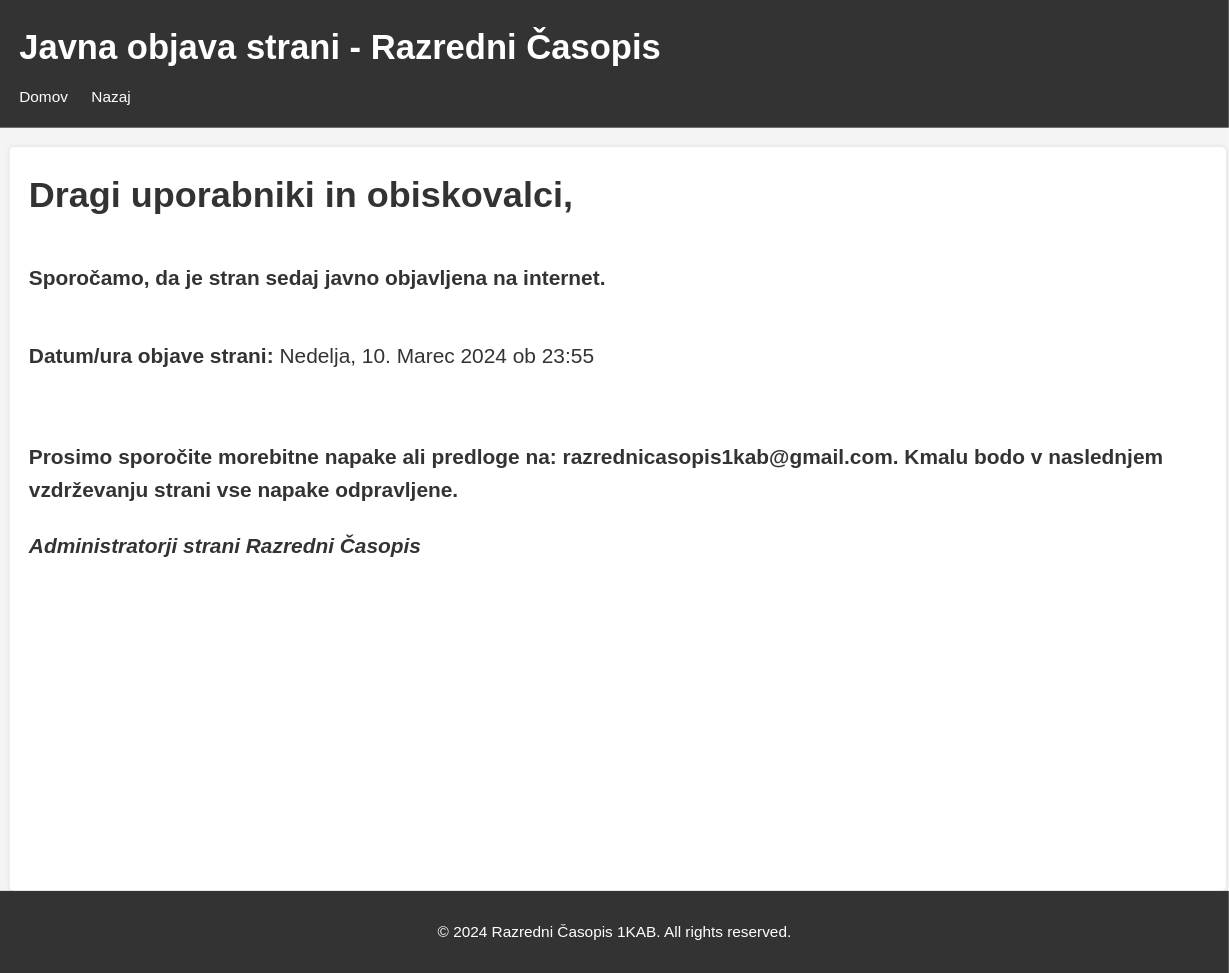
Repository: razrednicasopis/razrednicasopis.github.io
Page: Resources/obvestilo2.html
An editor plug-in stored every save of this project. The page is shown before and after the next save, followed by the edit.
The browser window is 1280 px wide. The pictures show the whole page, at 96% of full size.

Above is the page before, as saved 2024-03-12 13:03:07.
Console error: TypeError: Cannot read properties of null (reading 'addEventListener')

### Resources/obvestilo2.html
<!DOCTYPE html>
<html lang="en">
<head>
    <meta charset="UTF-8">
    <meta name="viewport" content="width=device-width, initial-scale=1.0">
    <title>Javna objava strani - Razredni Časopis</title>
    <link rel="stylesheet" href="system.css">
    <link rel="stylesheet" href="styless.css">
</head>
<body>

    <div class="blur-container">
    <header>
        <h1>Javna objava strani - Razredni Časopis</h1>
        <nav>
          <ul>
            <li><a href="index.html">Domov</a></li>
            <li><a href="obvestila.html">Nazaj</a></li>
          </ul>
        </nav>
      </header>

<div class="člankimargin">
    <article>
        <div class="člankitext">
            <h1>Dragi uporabniki in obiskovalci,</h1><br>
            <div class="člankitext2">
            <div class="nonboldtext">
            <h2>Sporočamo, da je stran sedaj javno objavljena na internet.</h2><br><br>
            <h2><b>Datum/ura objave strani: </b><span style="font-weight: normal;">Nedelja, 10. Marec 2024 ob 23:55</span></h2><br><br><br>
            <h2>Prosimo sporočite morebitne napake ali predloge na: razrednicasopis1kab@gmail.com. Kmalu bodo v naslednjem vzdrževanju strani vse napake odpravljene.</h2><br>
            <h2><i>Administratorji strani Razredni Časopis</i></h2>
                </div>
            </div>
        </div>
    </article>
</div>


<footer>
    <p>&copy; 2024 Razredni Časopis 1KAB. All rights reserved.
    </footer>
</div>

<!--Pop-ups and other HTML code-->
<div id="maintenancePopup">
    <div id="maintenancePopupContent">
      <h1>POVEZAVA IZGUBLJENA</h1>
      <p>Povezava z strežnikom izgubljena zaradi vzdrževanja strani. Prosimo osvežite stran.</p>
      <button id="closeMaintenancePopupBtn">Osveži</button>
    </div>
  </div>

<script src="alerts.js"></script>
<script src="maintenancemode.js"></script>
</body>
</html>

### Resources/system.css
/* Koda za "Coming Soon" pop-up */

#popupContainer {
    display: none;
    position: fixed;
    top: 50%;
    left: 50%;
    transform: translate(-50%, -50%);
    background-color: #ffffff;
    box-shadow: 0 4px 8px rgba(0, 0, 0, 0.1);
    padding: 20px;
    border-radius: 10px;
    text-align: center;
    z-index: top;
  }

  #popupContent {
    max-width: 400px;
    margin: 0 auto;
  }

  #closePopupBtn {
    background-color: #3498db;
    color: #ffffff;
    padding: 10px 15px;
    border: none;
    border-radius: 5px;
    cursor: pointer;
  }

  #closePopupBtn:hover {
      background-color: #4da8e1;
  }

  #showPopupLink {
    display: inline-block;
    padding: 10px 15px;
    color: #ffffff;
    text-decoration: none;
    border-radius: 5px;
    cursor: pointer;
  }

body.popup-open {
   overflow: hidden;
}

.popup-open .blur-container {
  filter: blur(5px); /* Apply blur effect only when popup is open */
  pointer-events: none;
}

#maintenancePopup {
  display: none;
  position: fixed;
  top: 50%;
  left: 50%;
  transform: translate(-50%, -50%);
  background-color: #ffffff;
  box-shadow: 0 4px 8px rgba(0, 0, 0, 0.1);
  padding: 20px;
  border-radius: 10px;
  text-align: center;
  z-index: 999;
}

#maintenancePopupContent {
  max-width: 400px;
  margin: 0 auto;
}

#closeMaintenancePopupBtn {
  background-color: #3498db;
  color: #ffffff;
  padding: 10px 15px;
  border: none;
  border-radius: 5px;
  cursor: pointer;
  margin-top: 20px;
}

#closeMaintenancePopupBtn:hover {
  background-color: #4da8e1;
}

/* Koda za "Kontakt" obrazec */

#contactform {
    align-self: center;
    }

    .formcontainer {
      text-align: center;
      margin-top: 50px;
      display: flex;
      justify-content: center;
      align-items: flex-start; /* Align items at the top */
  }

  .border-box {
      display: inline-block;
      padding: 20px;
      width: 550px;
      height: 500px;
      border: 5px solid #333; /* Set your desired border color */
      border-radius: 30px; /* Set the border radius for slightly curved corners */
      background-color: #333; /* Set your desired background color inside the border */
  }

  form input,
form textarea {
    width: calc(100% - 40px); /* Adjusted width with a bit of padding on each side */
    padding: 10px; /* Increased padding for better readability */
    margin-bottom: 5px; /* Increased spacing between input areas */
    margin-top: 25px; /* Move input areas slightly lower */
    height: 40px; /* Increased height to make input areas bigger */
}

form select{
width: calc(100% - 40px); /* Adjusted width with a bit of padding on each side */
padding: 10px; /* Increased padding for better readability */
margin-bottom: 5px;
margin-top: 20px; /* Move input areas slightly lower */
height: 40px; /* Height of input areas */
border: 1px solid #ccc; /* Border style */
border-radius: 5px; /* Border radius */
font-size: 16px; /* Font size */
}

form textarea {
  height: 120px;
}

/* Form Submit Button Styles */

/* Your existing CSS code */
/* Koda za "Coming Soon" pop-up */

#popupContainer {
  display: none;
  position: fixed;
  top: 50%;
  left: 50%;
  transform: translate(-50%, -50%);
  background-color: #ffffff;
  box-shadow: 0 4px 8px rgba(0, 0, 0, 0.1);
  padding: 20px;
  border-radius: 10px;
  text-align: center;
  z-index: top;
}


#popupContent {
  max-width: 400px;
  margin: 0 auto;
}

#closePopupBtn {
  background-color: #3498db;
  color: #ffffff;
  padding: 10px 15px;
  border: none;
  border-radius: 5px;
  cursor: pointer;
}

#closePopupBtn:hover {
    background-color: #4da8e1;
}

#showPopupLink {
  display: inline-block;
  padding: 10px 15px;
  color: #ffffff;
  text-decoration: none;
  border-radius: 5px;
  cursor: pointer;
}

body.popup-open {
 overflow: hidden;
}

body.blur {
filter: blur(5px);
pointer-events: none;
z-index: 1;
}

/* Koda za "Kontakt" obrazec */

#contactform {
  align-self: center;
}

.formcontainer {
  text-align: center;
  margin-top: 50px;
  display: flex;
  justify-content: center;
  align-items: flex-start; /* Align items at the top */
}

.border-box {
  display: inline-block;
  padding: 20px;
  width: 550px;
  height: 500px;
  border: 5px solid #333; /* Set your desired border color */
  border-radius: 30px; /* Set the border radius for slightly curved corners */
  background-color: #333; /* Set your desired background color inside the border */
}

form input,
form textarea {
  width: calc(100% - 40px); /* Adjusted width with a bit of padding on each side */
  padding: 10px; /* Increased padding for better readability */
  margin-bottom: 5px; /* Increased spacing between input areas */
  margin-top: 25px; /* Move input areas slightly lower */
  height: 40px; /* Increased height to make input areas bigger */
}

form select{
width: calc(100% - 40px); /* Adjusted width with a bit of padding on each side */
padding: 10px; /* Increased padding for better readability */
margin-bottom: 5px;
margin-top: 20px; /* Move input areas slightly lower */
height: 40px; /* Height of input areas */
border: 1px solid #ccc; /* Border style */
border-radius: 5px; /* Border radius */
font-size: 16px; /* Font size */
}

form textarea {
height: 120px;
}

/* Combined CSS for Blob Button */

*, *:before, *:after {
  box-sizing: border-box;
  margin: 0;
  padding: 0;
}

.buttons {
  margin-top: 2 0px;
  text-align: center;
  border-radius: 30px;
}

.blob-btn {
  z-index: 1;
  position: relative;
  padding: 20px 150px;
  margin-bottom: 40px;
  margin-top: 10px;
  text-align: center;
  text-transform: uppercase;
  color: #0505A9;
  font-size: 16px;
  font-weight: bold;
  background-color: transparent;
  outline: none;
  border: none;
  transition: color 0.5s;
  cursor: pointer;
  border-radius: 30px;
}
.blob-btn:before {
  content: "";
  z-index: 1;
  position: absolute;
  left: 0;
  top: 0;
  width: 100%;
  height: 100%;
  border: 2px solid #0505A9;
  border-radius: 30px;
}
.blob-btn:after {
  content: "";
  z-index: -2;
  position: absolute;
  left: 3px;
  top: 3px;
  width: 100%;
  height: 100%;
  transition: all 0.3s 0.2s;
  border-radius: 30px;
}
.blob-btn:hover {
  color: #FFFFFF;
  border-radius: 30px;
}
.blob-btn:hover:after {
  transition: all 0.3s;
  left: 0;
  top: 0;
  border-radius: 30px;
}
.blob-btn__inner {
  z-index: -1;
  overflow: hidden;
  position: absolute;
  left: 0;
  top: 0;
  width: 100%;
  height: 100%;
  border-radius: 30px;
  background: #ffffff;
}
.blob-btn__blobs {
  position: relative;
  display: block;
  height: 100%;
  filter: url("#goo");
}
.blob-btn__blob {
  position: absolute;
  top: 2px;
  width: 30%;
  height: 100%;
  background: #0505A9;
  border-radius: 100%;
  transform: translate3d(0, 150%, 0) scale(1.7);
  transition: transform 0.45s;
}
@supports (filter: url("#goo")) {
  .blob-btn__blob {
    transform: translate3d(0, 150%, 0) scale(1.4);
  }
}
.blob-btn__blob:nth-child(1) {
  left: 0%;
  transition-delay: 0s;
}
.blob-btn__blob:nth-child(2) {
  left: 30%;
  transition-delay: 0.08s;
}
.blob-btn__blob:nth-child(3) {
  left: 60%;
  transition-delay: 0.16s;
}
.blob-btn__blob:nth-child(4) {
  left: 90%;
  transition-delay: 0.24s;
}
.blob-btn:hover .blob-btn__blob {
  transform: translateZ(0) scale(1.7);
}

/* Define the keyframes for the pulse effect */
@keyframes pulse {
  0% {
    box-shadow: 0 0 0 0 rgba(255, 255, 255, 0.7); /* Initial box shadow color, adjust to match button color */
  }
  50% {
    box-shadow: 0 0 0 20px rgba(255, 255, 255, 0); /* Intermediate box shadow color */
  }
  100% {
    box-shadow: 0 0 0 0 rgba(255, 255, 255, 0); /* Final box shadow color */
  }
}

/* Apply the animation to the button when it's clicked or focused */
.blob-btn:active, .blob-btn:focus {
  animation: pulse 0.3s ease-in-out; /* Adjust the duration to control the pulse speed */
}

@supports (filter: url("#goo")) {
  .blob-btn:hover .blob-btn__blob {
    transform: translateZ(0) scale(1.5);
  }
}

/* CSS za uro */

.clock {
  margin-top: 6cm;
  text-align: center;
  font-size: 3em;
}

/*CSS za vse stranske nav skupine razen za glavno */

.seznamvsebin {
  display: inline-block;
  vertical-align: bottom;
  width: calc(20% - 4px); /* Adjust width to accommodate border */
  box-sizing: border-box;
  margin: 40px;
  border: 3px solid #000; /* Border thickness */
  height: 750px; /* Set desired height */
  /* Additional styling for seznamvsebin if needed */
  background-color: #f2f2f2;

}

.seznamvsebin nav {
    justify-content: center;
    padding: 30px;

}

.seznamvsebin nav a {
      display: inline-block;
      padding: 5px 10px;
      color: #000000;
      text-align: center;
      text-decoration: none;
      margin-bottom: 5px;
      border: 2px, transparent;
      border-radius: 5px;
      transition: linear, border 0.1s linear;
      font-weight: bold;
}


.seznamvsebin nav a:hover {
    background-color: #e0e0e0;
    border: 2px solid #000000
}

.NoviceContent {
  float: right; /* Align to the right */
  width: calc(80% - 250px); /* Adjusted width */
  box-sizing: border-box;
  margin-top: 100px;
}

.NoviceContent p {
  margin-bottom: 20px;
}

#dynamicText {
  float: right; /* Align to the right */
  width: calc(89% - 250px); /* Adjusted width */
  box-sizing: border-box;
  margin-top: 90px;
}

#dynamicText article {
  width: 99%;
}

/* Pravila Obrazca CSS */

.pravilaobrazca {
  height: 630px;
}

.pravilaobrazca_opozorilo {
  margin-top: 275px; /* Keeps this div at the bottom */
  color: #666; /* Change text color if desired */
}

/* Random CSS */

/* CSS for the admin credits list */

.creditscontainer {
  display: flex;
  flex-wrap: wrap;
}

.creditslist {
  flex: 1;
  margin: 10px;
  padding: 0;
  list-style-type: none;
}

.creditslist li {
  margin-bottom: 5px;
}

.adminlist article {
  min-height: 225px;
}

/* Članki CSS */

.člankimargin {
  margin-top: 20px;
}

.člankimargin article {
  width: 99%;
  margin-left: 10px;
  height: 20.5cm;
}

.člankitext {
  margin-bottom: 75px;
  font-size: 25px;
}

.člankitext2 {
  font-size: 14.5px;
}

.člankitext3 {
  font-size: 18px;
}

#vitin_spis {
  font-size: 20px;
}

#grinchtext {
  font-size: 20px;
}

#grinchimg img {
  width: 20%;
  height: 20%
}

/* CSS za mediji.html */

.shrambaslik {
  float: right; /* Align to the right */
  width: calc(89% - 250px); /* Adjusted width */
  box-sizing: border-box;
  margin-top: 90px;
}

.shrambaslik img[id="1"] {
  width: 25%;
  height: 25%;
}

.shrambaslik img[id="2"] {
  width: 10%;
  height: 5%;
  margin-left: 2%;
}

### Resources/styless.css
* {
  margin: 0;
  padding: 0;
  box-sizing: border-box;
}

/* Globalni slogi */
body {
  font-family: Arial, sans-serif;
  line-height: 1.6;
  background-color: #f4f4f4;
  color: #333;
  margin: 0;
  padding: 0;
  max-height: 100vh;
}


.container {
    text-align: center;
    margin-top: 50px;
}

.border-box {
    display: inline-block;
    padding: 200px;
    width: 550px;
    height: 500px;
    border: 5px solid #333; /* Set your desired border color */
    border-radius: 30px; /* Set the border radius for slightly curved corners */
    background-color: #333; /* Set your desired background color inside the border */
}

header {
  background: #333;
  color: #fff;
  padding: 20px;
}

header h1 {
  margin-bottom: 10px;
  font-size: 36px;
}

nav ul {
  list-style: none;
}

nav ul li {
  display: inline;
  margin-right: 20px;
}

nav ul li a {
  color: #fff;
  text-decoration: none;
}

main {
  padding: 20px;
}

section {
  margin-bottom: 30px;
}

section h2 {
  margin-bottom: 15px;
}

article {
  background: #fff;
  padding: 20px;
  border-radius: 5px;
  box-shadow: 0 0 5px rgba(0, 0, 0, 0.1);
}

article h3 {
  margin-bottom: 10px;
}

article p {
  color: #666;
}

article a {
  display: inline-block;
  margin-top: 10px;
  text-decoration: none;
  color: #333;
  border-bottom: 1px solid #333;
  padding-bottom: 2px;
}

article a:hover {
  color: #000;
  border-color: #000;
}



footer {
  text-align: center;
  padding: 30px;
  background-color: #333;
  color: #fff;
  position: absolute;
  bottom: auto;
  width: 100%;
  text-align: center;
}

### Resources/alerts.js
 document.addEventListener('DOMContentLoaded', function () {
        document.querySelectorAll('.showPopupLink').forEach(function (link) {
            link.addEventListener('click', function (event) {
                event.preventDefault();
                document.getElementById('popupContainer').style.display = 'block';
                document.body.classList.add('popup-open');
            });
        });

        document.getElementById('closePopupBtn').addEventListener('click', function () {
            document.getElementById('popupContainer').style.display = 'none';
            document.body.classList.remove('popup-open');
        });
    });

    //Maintenance mode pop-up

    document.addEventListener('DOMContentLoaded', function ()  {
        function toggleMaintenancePopup(show) {
            var maintenancePopup = document.getElementById('maintenancePopup');
            if (maintenancePopup) {
                maintenancePopup.style.display = show ? 'block' : 'none';
                document.body.classList.toggle('popup-open', show);
                console.log(Error);
            }
        }


    function checkMaintenanceStatus() {
        setInterval(function () {


            toggleMaintenancePopup(maintenanceMode);

        }, 1000);
    }

    document.getElementById('closeMaintenancePopupBtn').addEventListener('click', function ()  {
        location.reload();
    });

    checkMaintenanceStatus();
});

Loaded but not shown: Resources/maintenancemode.js (no stored copy; drawn as an empty file)

After the next save:
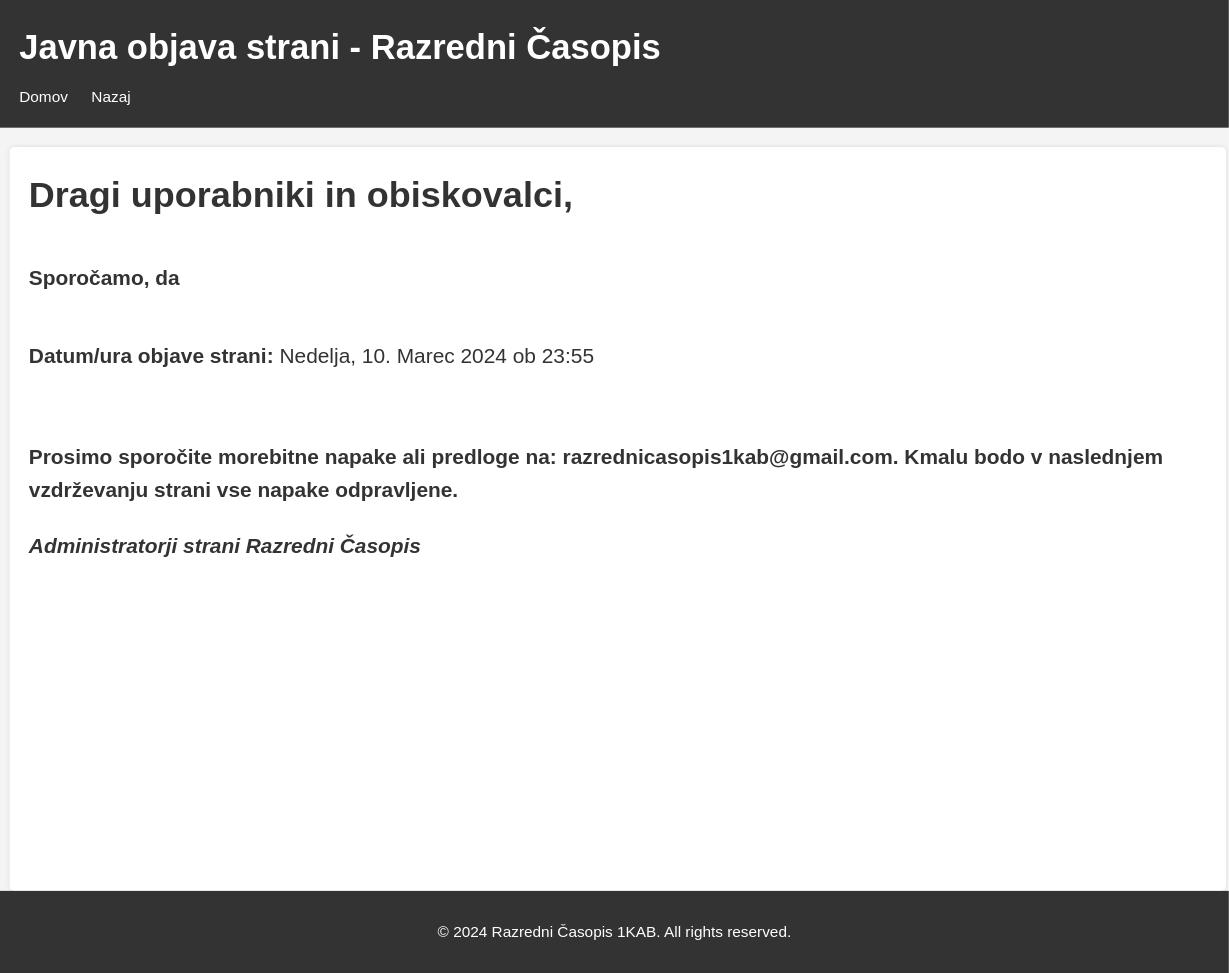
Saved 17 s later.
--- a/Resources/obvestilo2.html
+++ b/Resources/obvestilo2.html
@@ -26,7 +26,7 @@
             <h1>Dragi uporabniki in obiskovalci,</h1><br>
             <div class="člankitext2">
             <div class="nonboldtext">
-            <h2>Sporočamo, da je stran sedaj javno objavljena na internet.</h2><br><br>
+            <h2>Sporočamo, da </h2><br><br>
             <h2><b>Datum/ura objave strani: </b><span style="font-weight: normal;">Nedelja, 10. Marec 2024 ob 23:55</span></h2><br><br><br>
             <h2>Prosimo sporočite morebitne napake ali predloge na: razrednicasopis1kab@gmail.com. Kmalu bodo v naslednjem vzdrževanju strani vse napake odpravljene.</h2><br>
             <h2><i>Administratorji strani Razredni Časopis</i></h2>
